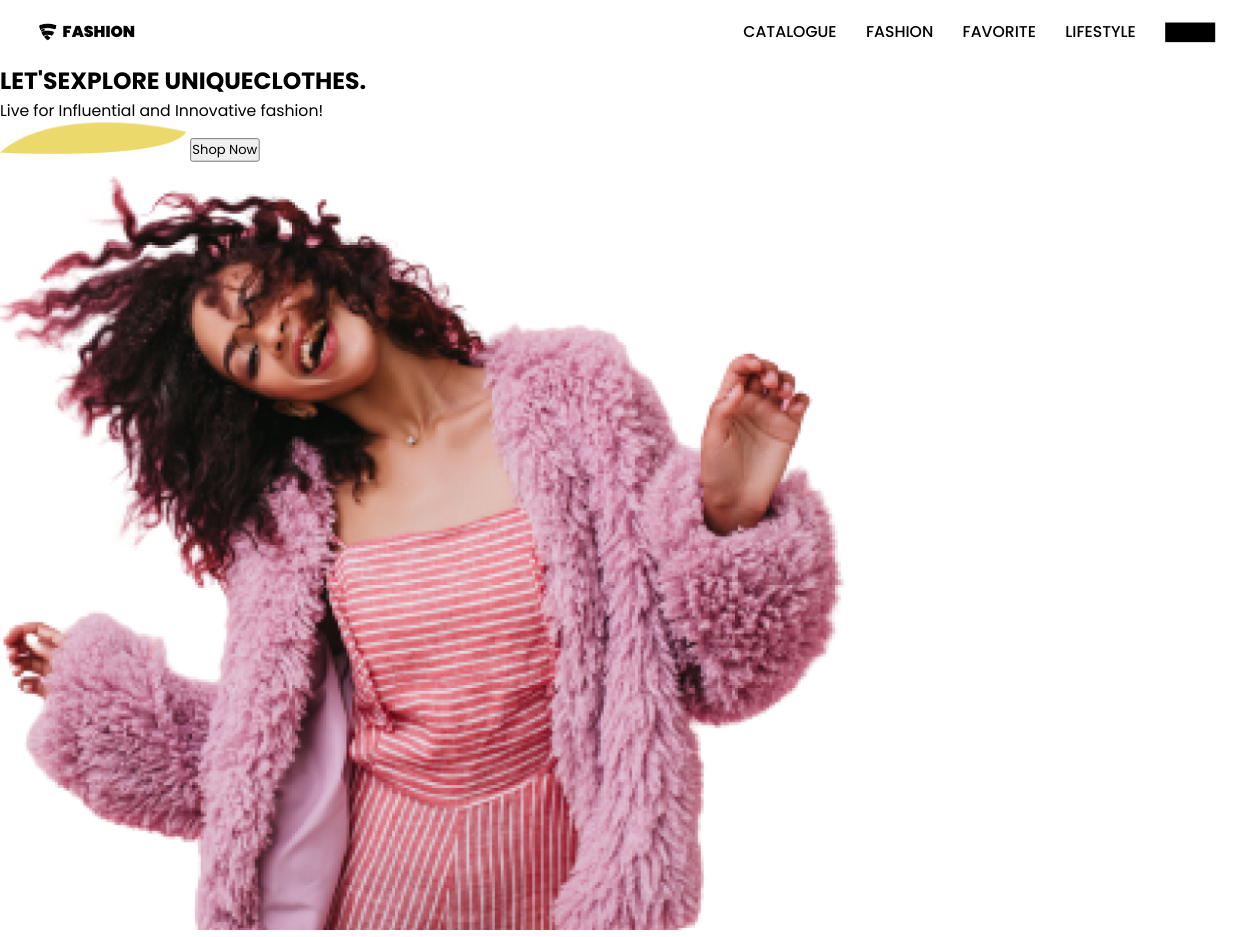
Repository: isaacCodes1/FashionSite
Page: index.html
The author's editor kept a copy of each file at every save. The page is drawn from the files as they stood at one save, then again after a run of saves.
The browser window is 1280 px wide. The pictures show the whole page, at 98% of full size.

Above is the page before, as saved 2024-03-11 15:29:59.

### index.html
<!DOCTYPE html>
<html lang="en">
  <head>
    <meta charset="UTF-8" />
    <meta name="viewport" content="width=device-width, initial-scale=1.0" />
    <title>Shopping Site Assignment</title>
    <link rel="stylesheet" href="style.css">
  </head>
  <body>
    <header>
      <nav>
        <div class="image">
          <a href="#"><img src="/Assets/Vector.png" />FASHION</a>
        </div>
        <div class="navItems">
          <ul>
            <li><a href="#">CATALOGUE</a></li>
            <li><a href="#">FASHION</a></li>
            <li><a href="#">FAVORITE</a></li>
            <li><a href="#">LIFESTYLE</a></li>
          </ul>
          <button>SIGN UP</button>
        </div>
      </nav>
    </header>
    <main>
      <section class="firstpagecont">
        <div class="firstpage">
          <div class="txtcont">
            <h1>
              <span class="spn1">LET'S</span>EXPLORE
              <span class="spn2">UNIQUE</span>CLOTHES.
            </h1>
            <p>Live for Influential and Innovative fashion!</p>
            <div class="txtbtn">
              <img src="/Assets/Vector 9.png" alt="" />
              <button class="btns">Shop Now</button>
            </div>
          </div>
          <div class="imgcont">
            <img src="/Assets/girl.png" alt="" />
          </div>
        </div>
      </section>
    </main>
  </body>
</html>

### style.css
@import url("https://fonts.googleapis.com/css2?family=Poppins:ital,wght@0,100;0,200;0,300;0,400;0,500;0,600;0,700;0,800;0,900;1,100;1,200;1,300;1,400;1,500;1,600;1,700;1,800;1,900&display=swap");
* {
  margin: 0;
  padding: 0;
  box-sizing: border-box;
  font-family: "Poppins", sans-serif;
}
nav {
  display: flex;
  align-items: center;
  justify-content: space-between;
  width: 100%;
  padding: 20px 40px;
}
.image a {
  display: flex;
  align-items: center;
  gap: 6px;
  text-decoration: none;
  color: #000;
  font-size: 16px;
  font-weight: 900;
}
.image a img{
    width: 16%;
}
.navItems{
    display: flex;
    gap: 30px;
    align-items: center;
}
.navItems ul{
    display: flex;
    gap: 30px;
    list-style: none;
}
.navItems ul li a{
    text-decoration: none;
    color: #000;
    font-size: 16px;
    font-weight: 500;
}
.navItems li:hover{
    transform: scale(1.05);
    transition: 1s ease-in-out;
}
.navItems button{
    border: 0;
    background: #000;
    padding
}

After the next 2 saves:
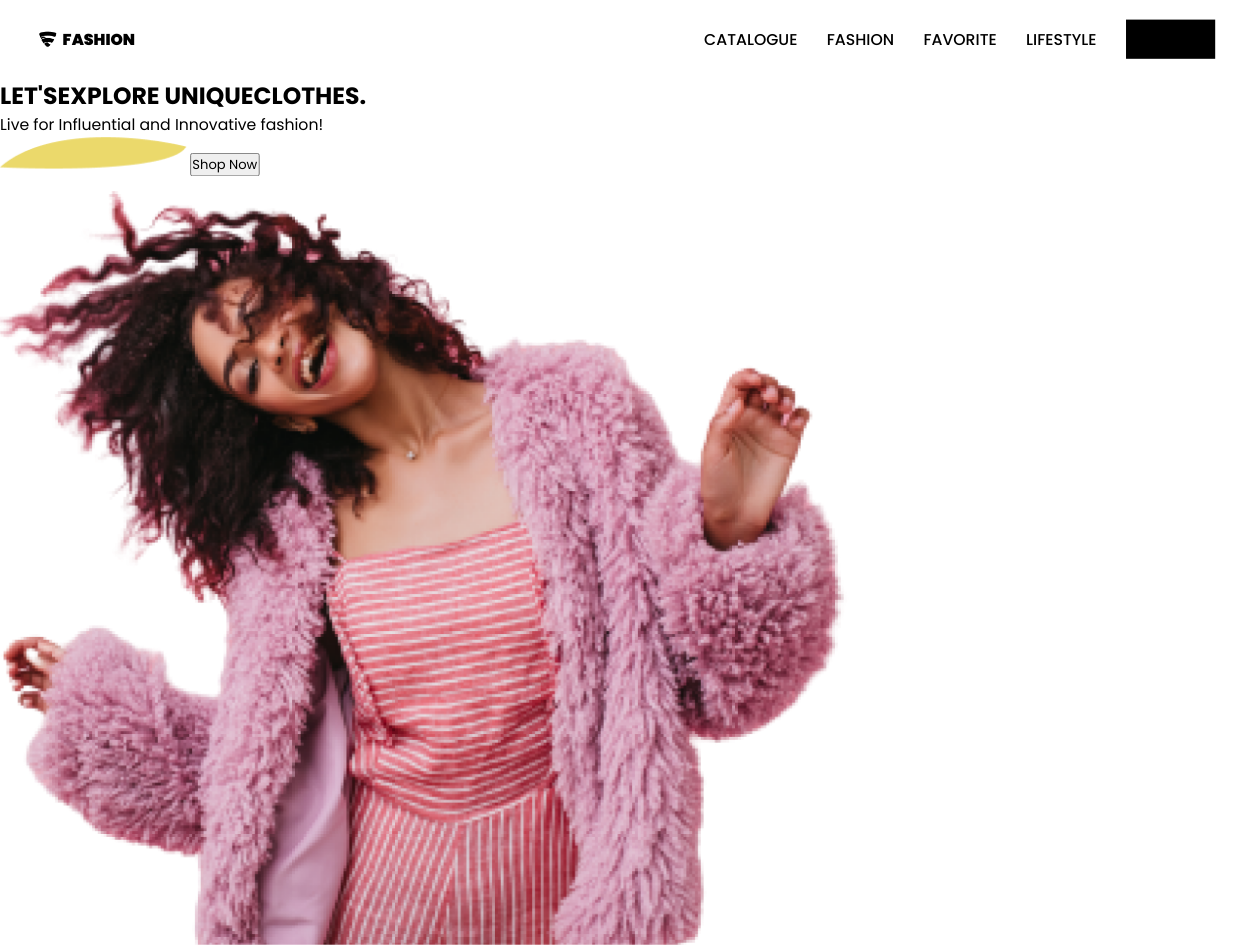
The 2 saves are shown as one change because they came seconds apart.
The last was saved 7 s later.
--- a/style.css
+++ b/style.css
@@ -47,5 +47,5 @@
 .navItems button{
     border: 0;
     background: #000;
-    padding
+    padding: 10px 20px;
 }
